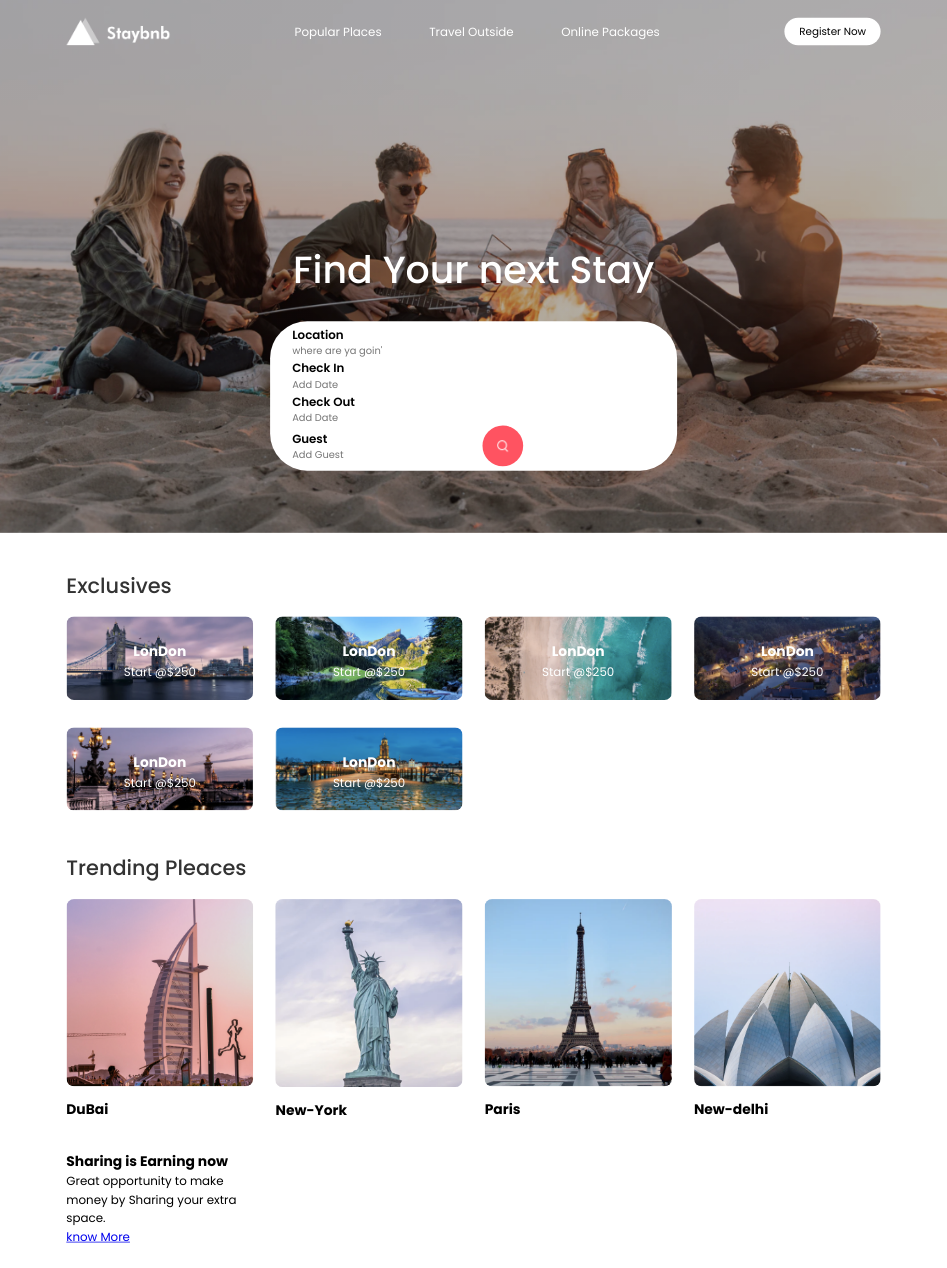
Repository: pinocoding/AirBnB
Page: house.html
An editor plug-in stored every save of this project. The page is shown before and after a run of saves, followed by the edit.
The browser window is 1280 px wide. The pictures show the whole page, at 74% of full size.

Above is the page before, as saved 2022-01-23 15:40:50.

After the next 2 saves:
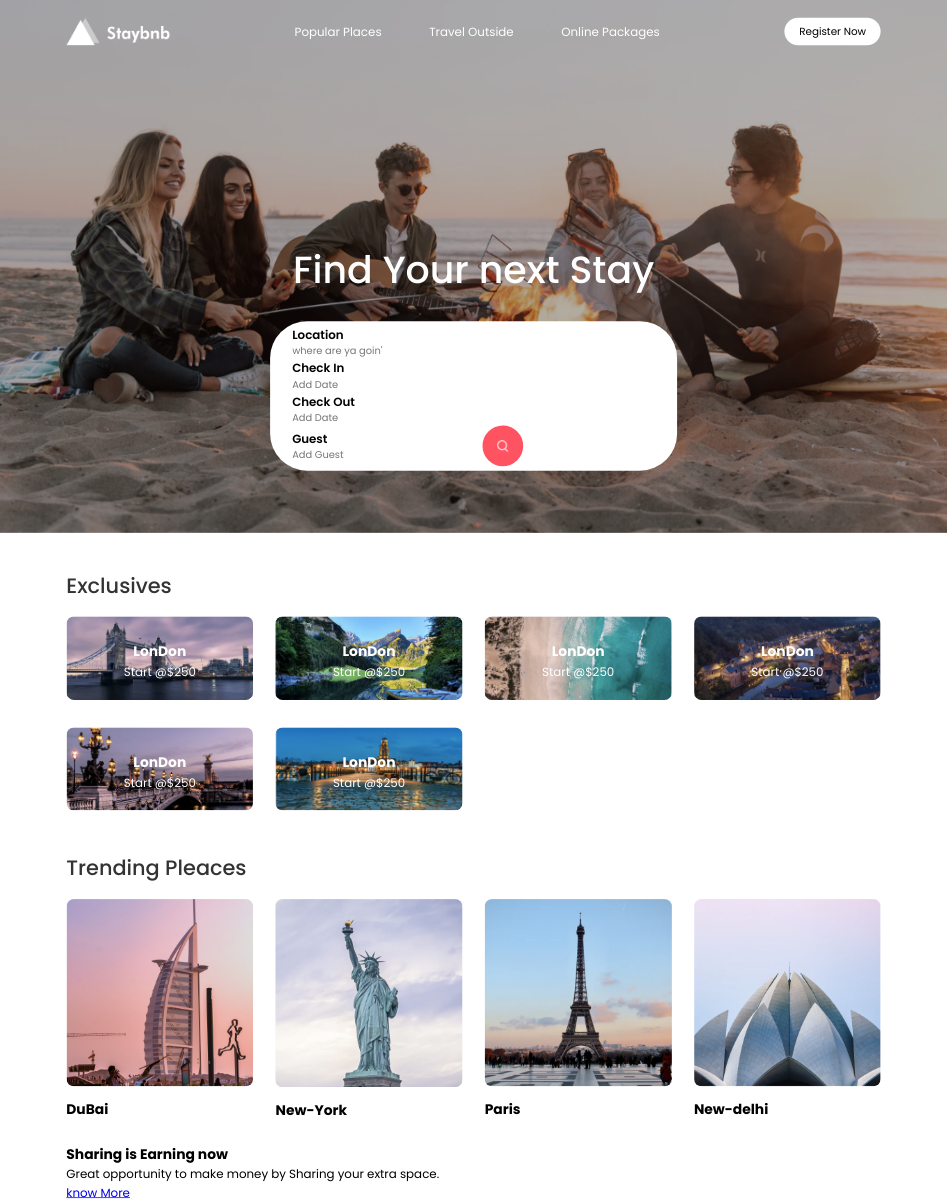
The 2 saves are shown as one change because they came seconds apart.
The last was saved 33 s later.
--- a/house.html
+++ b/house.html
@@ -145,13 +145,12 @@
         <img src="/images/new-delhi.png" alt="blem" >
         <h3>New-delhi</h3>
       </div>
-      <div class="cta">
-        <h3>Sharing is Earning now</h3>
+    </div>
+    <div class="cta">
+      <h3>Sharing is Earning now</h3>
 <p>Great opportunity to make money by Sharing your extra space.</p>
 <a href="#" class='cta-btn'>know More </a>
-      </div>
-
-      </div>
+    </div>
 
 <!--  -->
 
